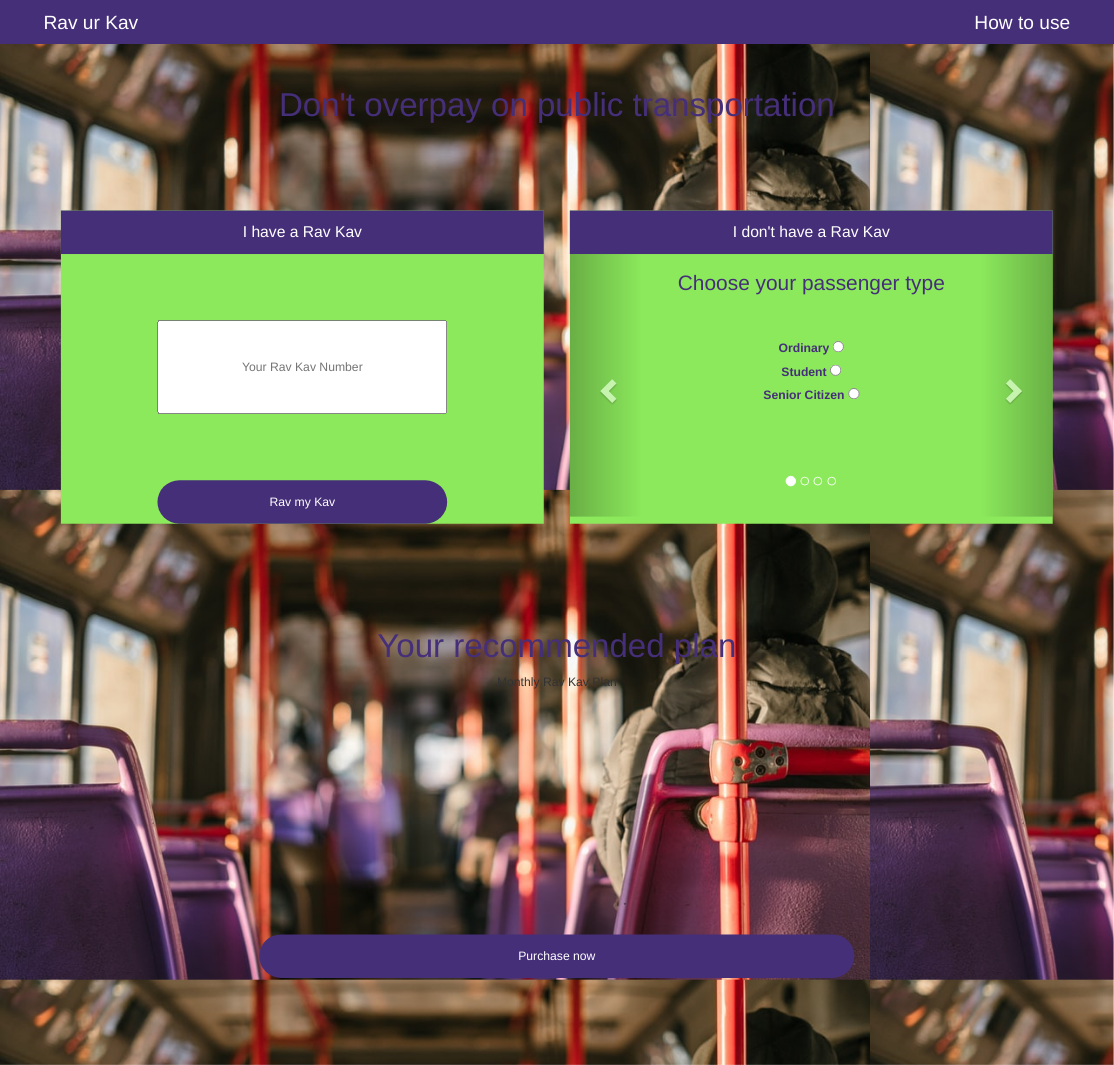
Repository: Louhla/Rav-ur-Kav
Page: index.html
An editor plug-in stored every save of this project. The page is shown before and after a run of saves, followed by the edit.
The browser window is 1280 px wide. The pictures show the whole page, at 87% of full size.

Above is the page before, as saved 2019-07-17 21:34:37.

After the next 2 saves:
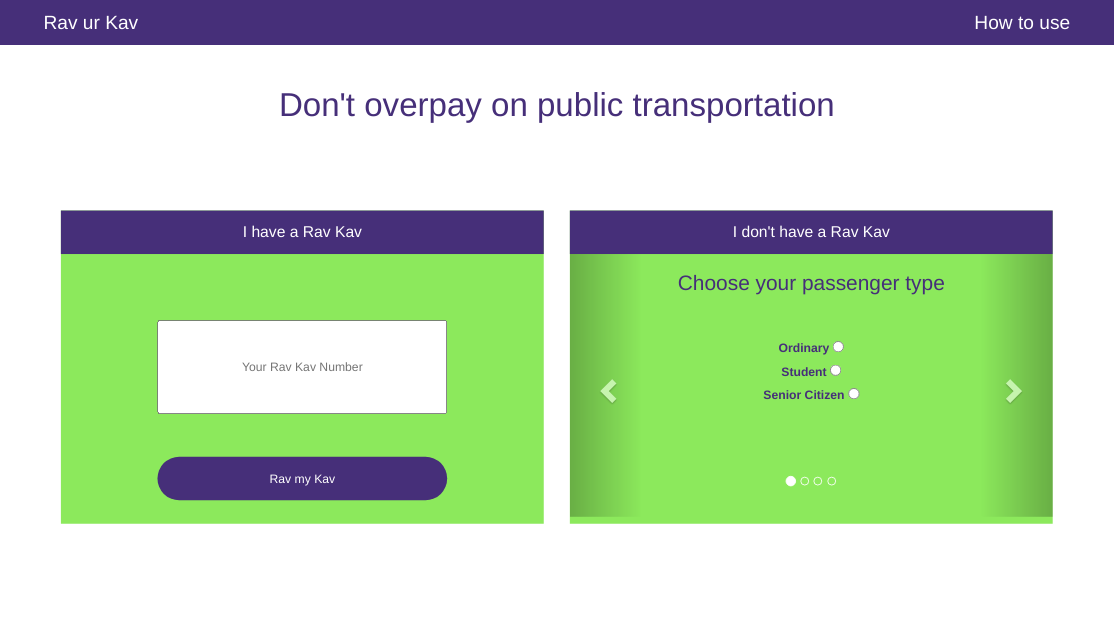
The 2 saves are shown as one change because they came seconds apart.
The last was saved 16 s later.
--- a/css/rav-ur-kav.css
+++ b/css/rav-ur-kav.css
@@ -1,7 +1,7 @@
 body {
     margin: 0px;
     padding: 0px;
-    background-image: url("/img/bus.jpg");
+    /* background-image: url(../IMG/bus.jpg); */
 }
 /* Modal START */
 #modal-wrapper {
@@ -16,52 +16,42 @@ body {
 }
 
 #modal-wrapper .modal {
-    background-color: white;
-    width: 90vw;
-    height: 90vh;
+    background-color: #462F79;
+    width: 70vw;
+    height: 70vh;
     position: absolute;
     top: 50%;
     left: 50%;
     transform: translateX(-50%) translateY(-50%);
     border-radius: 5px;
-    text-align: center;
-    background-image: url('../img/bgm.png');
-    background-repeat: no-repeat;
-    background-position: center;
-    background-size: cover;
-    color: white;
-    text-shadow: 3px 3px #000000;
-    display: flex;
-    flex-direction: column;
+    color: white;
+    display: flex;
+    flex-direction: column;
+    justify-content: space-evenly;
+}
+
+
+.modal h1 {
+    font-size: 3rem;
+    margin: 1rem 5rem;
+    text-shadow: 1px 2px #000000;
+}
+
+.modal h3 {
+    font-size: 2rem;
+    margin: 1rem 5rem;
+}
+
+#button-box {
+    width: 80%;
+    display: flex;
+    justify-content: flex-end;
     align-items: center;
-    justify-content: space-evenly;
-}
-
-.modal-content {
-    background-color: rgba(0, 0, 0, 0.5);
-}
-
-.modal-content h1 {
-    font-size: 2rem;
-    margin-block-start: 0.3rem;
-    margin-block-end: 0.3rem;
-}
-
-.modal-content h3 {
-    font-size: 1rem;
-    margin-block-start: 0.5rem;
-    margin-block-end: 0.5rem;
-}
-
-#button-box {
-    width: 70vh;
-    display: flex;
-    justify-content: flex-end;
 }
 
 .my-button {
-    color: red;
-    background-color: yellow;
+    color: white;
+    background-color:#27164D;
     height: 5vh;
     width: 20vh;
     font-size: 4vh;
@@ -178,7 +168,7 @@ h1{
     text-align: center;
 }
 .recommended-plan{
-    display: flex;
+    display: none;
     align-items :center;
     flex-direction: column;
     margin-top: 100px;
@@ -217,4 +207,8 @@ h3{
 #driving-pattern{
     margin: auto;
 }
+#show-plan{
+    position: relative;
+    top: -27px;
+}
 /* Homepage END */
